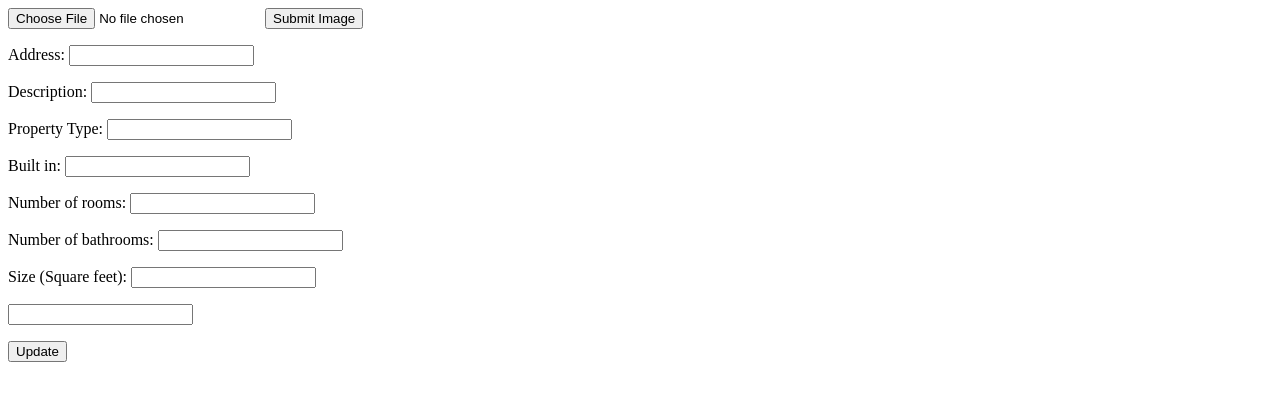
Repository: rickytorrez/test
Page: http://localhost/dcHome/WEB-INF/editListing.jsp
These files come from the project's save history. The page is drawn as it stood at one moment and after the next save; the edit follows.
The browser window is 1280 px wide. The pictures show the whole page.
The page is served by Tomcat 9. Nobody is signed in. Other server files are loaded and not shown. The template is opened directly, without the code that normally fills it, so the values that code supplies are empty.

Above is the page before, as saved 2018-06-03 18:39:19.

### dcHome/src/main/webapp/WEB-INF/editListing.jsp
<%@ page language="java" contentType="text/html; charset=UTF-8"
    pageEncoding="UTF-8"%>
<%@ taglib uri="http://java.sun.com/jsp/jstl/core" prefix="c" %>
<%@taglib prefix="fmt" uri="http://java.sun.com/jsp/jstl/fmt"%>
<%@taglib prefix="form" uri="http://www.springframework.org/tags/form"%>
<%@ taglib prefix="spring" uri="http://www.springframework.org/tags" %>

<!DOCTYPE html PUBLIC "-//W3C//DTD HTML 4.01 Transitional//EN" "http://www.w3.org/TR/html4/loose.dtd">
<html>
	<head>
		<meta http-equiv="Content-Type" content="text/html; charset=UTF-8">
		<title>Listing for ${listing.address}</title>
	</head>
	<body>
		<form:form action="/listings/${listing.id}/addImage" method="POST" enctype="multipart/form-data">
			<input id="files" name="file" type="file">
			<input type="submit" value="Submit Image" />
		</form:form>

		<form action="/listings/${listing.id}/edit}" method="POST">
			<p> Address:
				<input type="text" name="address" value="${listing.address}">
			</p>
			<p> Description:
				<input type="text" name="address" value="${listing.description}">
			</p>
			<p> Property Type:
				<input type="text" name="address" value="${listing.type}">
			</p>
			<p> Built in:
				<input type="text" name="address" value="${listing.yearbuilt}">
			</p>
			<p>	Number of rooms:
				<input type="text" name="address" value="${listing.numberofrooms}">
			</p>
			<p> Number of bathrooms:
				<input type="text" name="address" value="${listing.numberofbathrooms}">
			</p>
			<p> Size (Square feet):
				<input type="text" name="address" value="${listing.size}">
			</p>
			<p>
				<input type="text" name="address" value="${listing.cost}">
			</p>
			<input type="submit" value="Update"/>
		</form>

	</body>
</html>

After the next save:
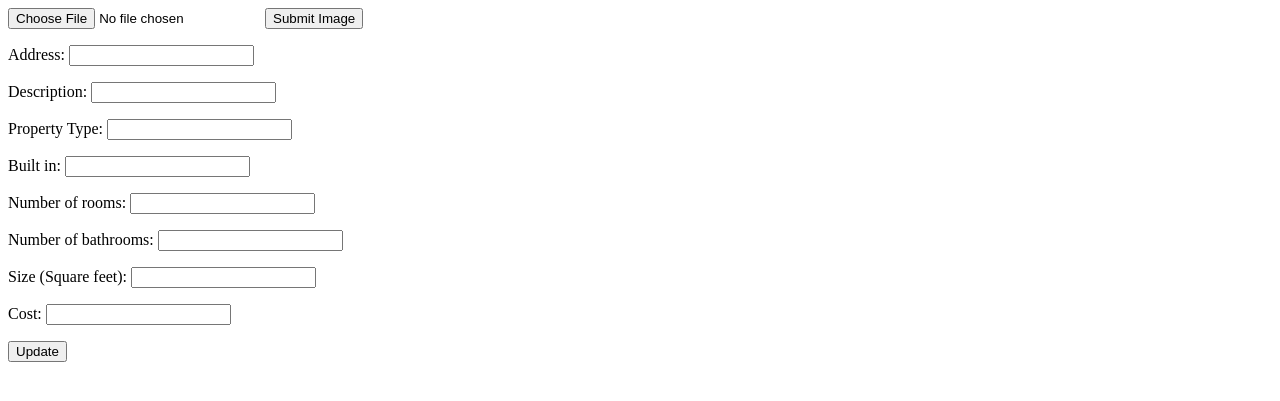
Saved 5 s later.
--- a/dcHome/src/main/webapp/WEB-INF/editListing.jsp
+++ b/dcHome/src/main/webapp/WEB-INF/editListing.jsp
@@ -39,7 +39,7 @@
 			<p> Size (Square feet):
 				<input type="text" name="address" value="${listing.size}">
 			</p>
-			<p>
+			<p> Cost:
 				<input type="text" name="address" value="${listing.cost}">
 			</p>
 			<input type="submit" value="Update"/>
